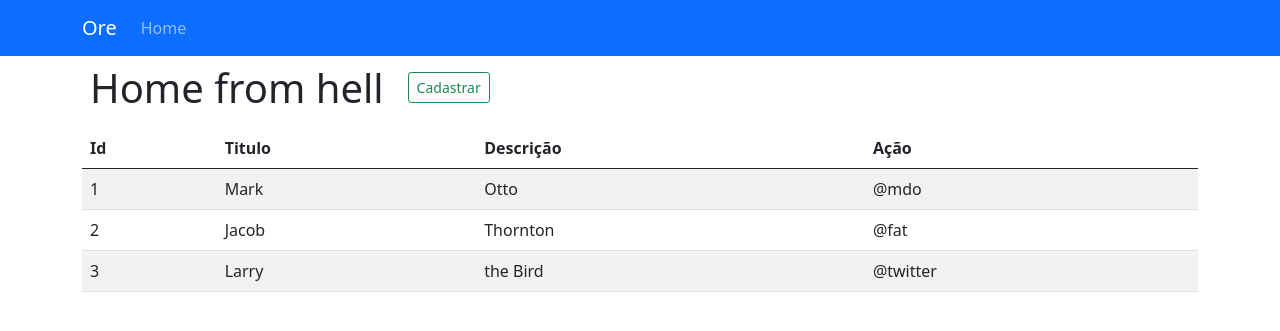
Repository: thf4/React-Front
Page: /
The author's editor kept a copy of each file at every save. The page is drawn from the files as they stood at one save, then again after the next save.
The browser window is 1280 px wide. The pictures show the whole page.
The page's requests for data from a server got no answer. The project was rebuilt for these pictures with package versions that can differ from the ones it lists, and the page was loaded fresh each time. No one was signed in, and anything a server would have sent is missing. Also part of the build but not shown: src/pages/Vizualizar/index.js, src/pages/Cadastrar/index.js, src/pages/Editar/index.js.

Above is the page before, as saved 2021-05-07 09:53:54.

After the next save:
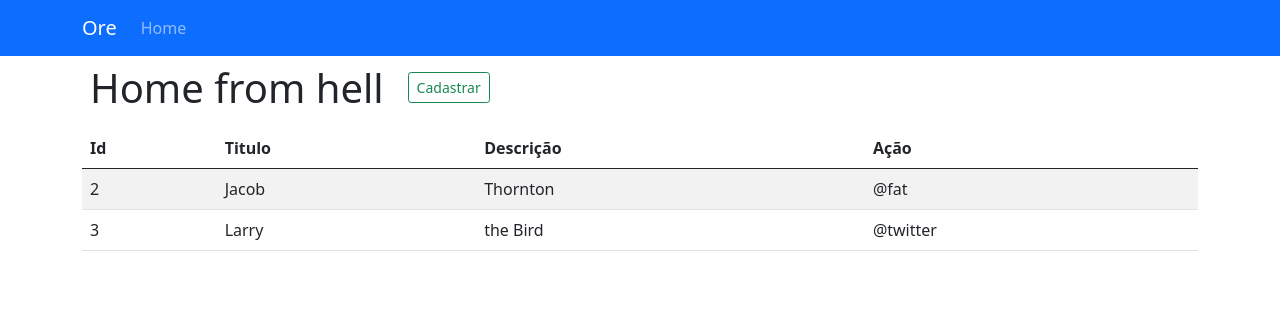
Saved 103 s later.
--- a/src/pages/Home/index.js
+++ b/src/pages/Home/index.js
@@ -41,13 +41,16 @@ export const Home = () => {
               <th>Ação</th>
             </tr>
           </thead>
-          <tbody>
-            <tr>
-              <td>1</td>
-              <td>Mark</td>
-              <td>Otto</td>
-              <td>@mdo</td>
+          <tbody >
+            {data.map(item =>{
+              <tr>
+              <td>{item._id}</td>
+              <td>{item.name}</td>
+              <td>{item.email}</td>
+              <td>{item.date}</td>
             </tr>
+            })}
+
             <tr>
               <td>2</td>
               <td>Jacob</td>
